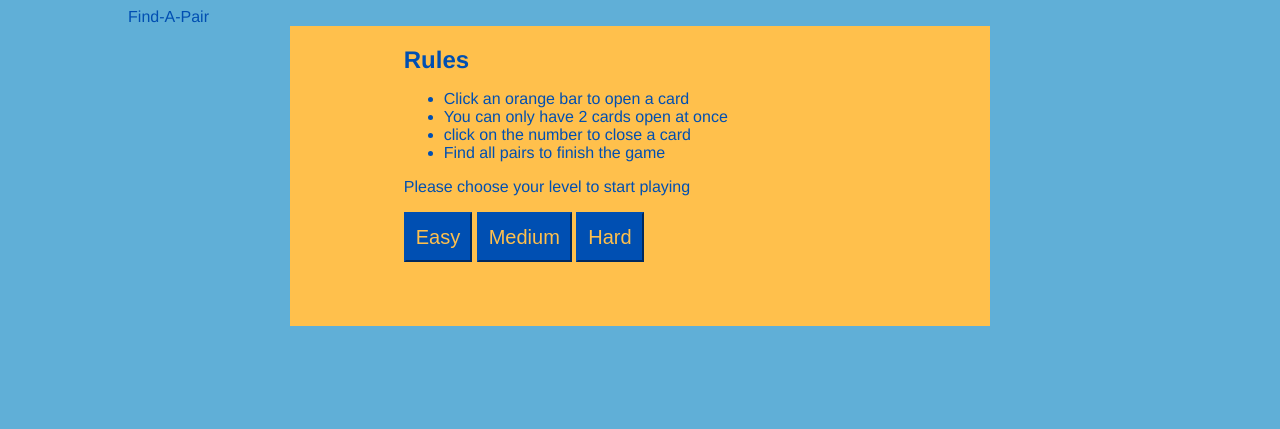
Repository: beck410/find-a-pair
Page: pair.html
The author's editor kept a record of every edit. The page is drawn from the files as they stood at one moment, then again after the next edit.
The browser window is 1280 px wide. The pictures show the whole page.

Above is the page before.

### pair.html
<!doctype html>

<html lang="en">
<head>
  <meta charset="utf-8">

  <title>The HTML5 Herald</title>
  <meta name="description" content="Find a pair game">
  <meta name="author" content="EBD">

  <link rel="stylesheet" href="style.css">

  <!--[if lt IE 9]>
  <script src="http://html5shiv.googlecode.com/svn/trunk/html5.js"></script>
  <![endif]-->
</head>

<body>

<section id="container">
<div id="name">Find-A-Pair</div>
<!-- START SCREEN -->
    <div id="start">
        <h2>Rules</h2>
        <ul>
            <li>Click an orange bar to open a card</li>
            <li>You can only have 2 cards open at once</li>
            <li>click on the number to close a card</li>
            <li>Find all pairs to finish the game</li>
        </ul>

        <p>Please choose your level to start playing</p>
        <button id="easy" class="button">Easy</button>
        <button id="medium" class="button">Medium</button>
        <button id="hard" class="button">Hard</button>
    </div>

<!-- MESSAGES -->
    <div class="messages" id="tooManyCards">
        <p>You have too many cards open</p>
    </div>
    <div class="messages" id="pair">
        <p>You Found A Pair!</p>
    </div>
     <div class="messages" id="win">
        <p>Congratulations! You have won</p>
    </div>
    <div class="messages" id="thankyou">
        <p>Thanks for playing!</p>
    </div>

<!-- RESTART GAME -->
    <div id="reset">
        <p>Would You like to play again?</p>
        <button id="playAgain" class="button">Let's play again</button>
        <button id="finish" class="button">I'm done</button>
    </div>

<!-- Cards -->
<div id="cardContainer">

</div>


</section>

  <script src="function.js"></script>
</body>
</html>

### style.css
*,
*:before,
*:after {
  -moz-box-sizing: border-box;
  -webkit-box-sizing: border-box;
  box-sizing: border-box; }

body{
    background: #60AFD7;
    font-family: Helvetica;
}

h1 {
    font-size: 200%;
}

h2 {
    font-size: 150%;
    padding: 0;
    margin:0;
}


#name{
    color: #004FB2;
    width: 90%;
    padding: 0 5%;

}

#container {
    min-width:20em;
    max-width: 80em;
    height: 100%;
    height: auto;
    padding: 0 5%;
    position: relative;
}

#start {
    width:90%;
    max-width: 700px;
    height: auto;
    min-height: 300px;
    background: #FFC04C;
    padding: 20px 10%;
    list-style-type: none;
    color: #004FB2;
    margin: 0 auto;
}

#reset {
    width: 80%;
    height: auto;
    padding: 10px;
    background: #FFC04C;
    color: #004FB2;
    font-size: 30px;text-align: center;
    margin: 50px 10% auto 10%;
    position: absolute;
    display: none;
}

.button {
    background: #004FB2;
    border-color: #004FB2;
    height: 50px;
    width: auto;
    padding: 10px;
    font-size: 20px;
    color: #FFC04C;
    margin-bottom: 20px;
}



.messages {
    position: absolute;
    min-height:150px;
    height: auto;
    width: 60%;
    background: #FFC04C;
    color:#60AFD7;
    font-size: 30px;
    text-align:center;
    margin-left:-2000px;
    z-index:999;
    opacity: 0;
    transition: opacity 700ms cubic-bezier(0.77, 0, 0.175, 1);
  -moz-transition: opacity 700ms cubic-bezier(0.77, 0, 0.175, 1);
  -webkit-transition: opacity 700ms cubic-bezier(0.77, 0, 0.175, 1);
}



.parent {
    width: 20%;
    margin-left: 5%;
    height: 30px;
    background: #FFA601;
    float: left;
    margin-bottom: 120px;

}

.child {
    margin-top: 30px;
    width: 100%;
    height: 70px;
    padding-top: 10px;
    background: #C9E4F2;
    text-align: center;
    color: #FFA601;
    font-size: 40px;
    border: solid 2px #FFA601;
    opacity: 0;
    transition: opacity 700ms cubic-bezier(0.77, 0, 0.175, 1);
  -moz-transition: opacity 700ms cubic-bezier(0.77, 0, 0.175, 1);
  -webkit-transition: opacity 700ms cubic-bezier(0.77, 0, 0.175, 1);
}

@media (max-width: 30em) {
    .parent{
        width: 25%;
        margin-left: 5%;
        margin-bottom: 70px;
        min-width: 10px;
        height: 20px;
    }

    .child {
        margin-top: 20px;
        height: 60px;
    }
}

@media (min-width: 60em){
    .child {
        height: 100px;
        padding-top: 30px;
    }
}

### function.js
//SPLIT EVENTS INTO OWN FUNCTIONS AND RETURN CARD ARRAYS
function parentClickEvent(){
    var parent = document.getElementsByClassName("parent");

    //add click event to all .parent elements to show child card
    for(var i=0; i<parent.length;i++){
        parent[i].onclick = function(event){
            if(event.target.className == "parent" && event.stopPropagation){
                open(this);
                event.stopPropagation;
            }
            else{
                return;
            }
        };
    }

    return parent;
}

//add click event to all .child elements to close card
function childClickEvent(){
    var child = document.getElementsByClassName("child");
    for(var a = 0; a<child.length; a++){
        child[a].onclick = function(event){
            if (event.target.className == "child" && event.stopPropagation) {
                close(this);
                event.stopPropagation;
            }
        };
    }

    return child;
};

//add click event to easy to create 10 cards
var easyButton = document.getElementById("easy");
easyButton.onclick=function(){ easyGame() };

//add click event to medium to create 20 cards
var medButton = document.getElementById("medium");
medButton.onclick=function(){ mediumGame() };

//add click event to hard to create 50 cards
var hardButton = document.getElementById("hard");
hardButton.onclick=function(){alert("hard")};

//add click event to playAgain button to restart game
var playAgain = document.getElementById("playAgain");
playAgain.onclick=function(){resetGame()};


//add click event to finish button to finish game
var finish = document.getElementById("finish");
finish.onclick=function(){finishGame()};
//-----FUNCTIONS ------

//remove start message
function startGame() {
    var startMessage = document.getElementById("start");
    startMessage.style.marginLeft="-2000px";
}

//returns new shuffled card array
function shuffleCards(numbers){
   for (var i = numbers.length - 1; i > 0; i--) {
     var j = Math.floor(Math.random() * (i + 1));
     var temp = numbers[i];
     numbers[i] = numbers[j];
     numbers[j] = temp;
   }
   return(numbers);
}

function easyGame(){
    startGame();
      //create array with duplicate numbers -working
    var cardNum = [];
    for(var num = 1; num < 6; num++){
        cardNum.push(num);
    }

    for(var num = 1; num < 6; num++){
        cardNum.push(num);
    }

    //cardNum randomly shuffled
    var shuffledCards = shuffleCards(cardNum); //working


    var SClength = shuffledCards.length;
    //inserts parent, then child and adds shuffledCards array value to child card
    for(var i=0; i<SClength; i++){
        //inserts parent card
        var parentCard = document.createElement('div');
        parentCard.className = "parent";
        var cardContainer = document.getElementById("cardContainer");
        cardContainer.parentNode.insertBefore(parentCard, cardContainer.nextSibling);

        //inserts child card
        var childCard = document.createElement('div');
        childCard.className="child";
        parentCard.appendChild(childCard);

        childCard.innerHTML = shuffledCards[i];

        parentClickEvent();
        childClickEvent();
    }
}


//displays
function mediumGame(){
    startGame();
      //create array with duplicate numbers -working
    var cardNum = [];
    for(var num = 1; num < 6; num++){
        cardNum.push(num);
    }

    for(var num = 1; num < 6; num++){
        cardNum.push(num);
    }

    //cardNum randomly shuffled
    var shuffledCards = shuffleCards(cardNum); //working


    var SClength = shuffledCards.length;
    //inserts parent, then child and adds shuffledCards array value to child card
    for(var i=0; i<SClength; i++){
        //inserts parent card
        var parentCard = document.createElement('div');
        parentCard.className = "parent";
        var cardContainer = document.getElementById("cardContainer");
        cardContainer.parentNode.insertBefore(parentCard, cardContainer.nextSibling);

        //inserts child card
        var childCard = document.createElement('div');
        childCard.className="child";
        parentCard.appendChild(childCard);

        childCard.innerHTML = shuffledCards[i];

        parentClickEvent();
        childClickEvent();
    }
}

//open child card when parent card is clicked
function open(card) {

    var childCard = card.children[0];
    childCard.style.fontSize="30px";
    childCard.style.opacity="1";

    //child cards that are displayed
    var openC = openCards();
    var openCLength = openC.length;

    //STOPS WORKING HERE


    if(openCLength == 3) {
        tooManyCards(openC);
    }

    if(openCLength === 2){
        pair(openC);
    }
}

//close child card when clicked
function close(card) {
    card.style.fontSize="40px";
    card.style.opacity="0";

}

//Child and Parent arrays not available! PROBLEM
//returns array of open child cards (sorts cards by font size)
function openCards(){

        var child = childClickEvent();
        var openChildCards = [];
        var getFontSize;
        var childLength = child.length;
        var childCard;
        for(var i=0; i<childLength;i++){
            childCard = child[i];
            getFontSize = window.getComputedStyle(childCard).getPropertyValue("font-size");

            if(getFontSize === "30px"){
                openChildCards.push(childCard);
            }
        }

        return openChildCards;
}


//if more than 3 cards are open, close all cards and display message
function tooManyCards(cards){
    var cardsLength = cards.length;
    for(var i=0; i<cardsLength;i++){
        close(cards[i]);
    }

    var message = document.getElementById("tooManyCards");
    message.style.marginLeft = "20%";
    message.style.opacity = "1";

    setTimeout(function() {removeMessage(message)}, 2000);

}


//two open child cards are matching, parent and child disappear and winner function is called
function pair(cards) {

    var cardOneNum = cards[0].innerHTML;
    var cardTwoNum = cards[1].innerHTML;
    var cardsLength = cards.length;

    if(cardOneNum === cardTwoNum){
        var pairMessage = document.getElementById("pair");
        pairMessage.style.marginLeft="20%";
        pairMessage.style.opacity="1";

        setTimeout(function() {removeMessage(pairMessage)}, 1700);

        for(var i=0; i<cardsLength; i++){
            cards[i].style.display="none";
            cards[i].parentNode.style.display="none";
            cards[i].style.fontSize="40px";
        }

    }
            //check to see if game is over
    winner();
}

//if all parents cards are gone game has finished
function winner() {
    var parentCard = parentClickEvent();
    var parentCardLength = parentCard.length;
    var displayArray = [];

    for(var i=0; i<parentCardLength; i++){
        var parentDisplay = window.getComputedStyle(parentCard[i]).getPropertyValue("display");
        if(parentDisplay === "none"){
            displayArray.push(parentCard[i]);
        }
    }

    if(displayArray.length === parentCardLength){
        var winMessage = document.getElementById("win");
        //displays win message
        setTimeout(function() {
            winMessage.style.marginLeft="20%";
            winMessage.style.opacity="1";
        }, 2000);
        //Hides win message
        setTimeout(function(){
            removeMessage(winMessage);
        }, 4000);
        //displays reset message
        setTimeout(function(){
            var resetMessage = document.getElementById("reset");
            resetMessage.style.display="block";
        }, 4500);

    }
}

//used with setTimeOut to remove message after set Time
function removeMessage(message){
    message.style.opacity = "0";
    message.style.marginLeft="-2000px";
}

//removes resetMessage and displays parent cards again when playAgain button is clicked
function resetGame(){
    var resetMessage = document.getElementById("reset");
    resetMessage.style.display="none";

    var startMessage = document.getElementById("start");
    startMessage.style.marginLeft="200px";

}

//removes resetMessage and displays a thank you message when finish button is clicked
function finishGame(){
    var resetMessage = document.getElementById("reset");
    resetMessage.style.display="none";

    var thankyou = document.getElementById("thankyou");
    thankyou.style.opacity="1";
    thankyou.style.marginLeft="20%";
}

After the next edit:
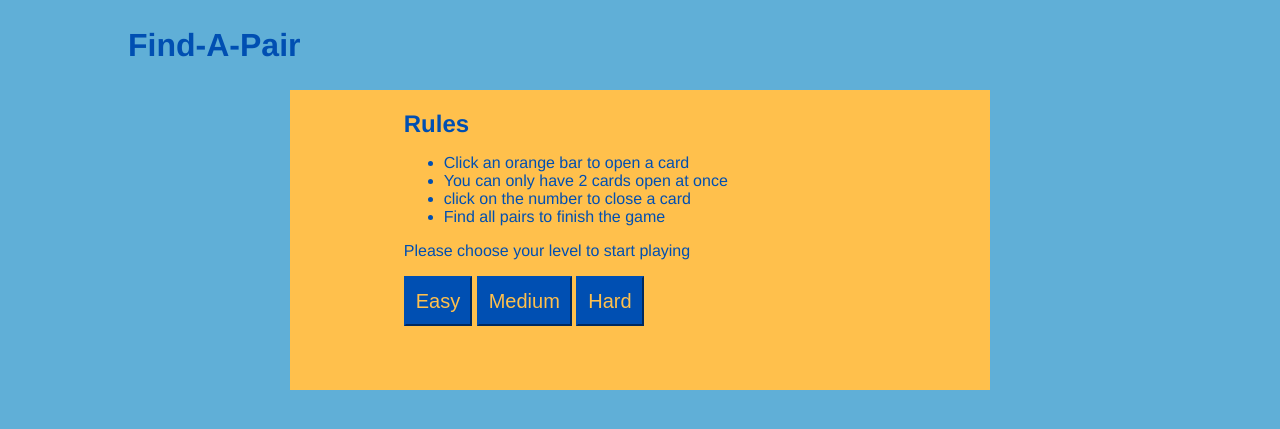
The edit:
--- a/pair.html
+++ b/pair.html
@@ -18,7 +18,7 @@
 <body>
 
 <section id="container">
-<div id="name">Find-A-Pair</div>
+<h1 id="name">Find-A-Pair</h1>
 <!-- START SCREEN -->
     <div id="start">
         <h2>Rules</h2>
